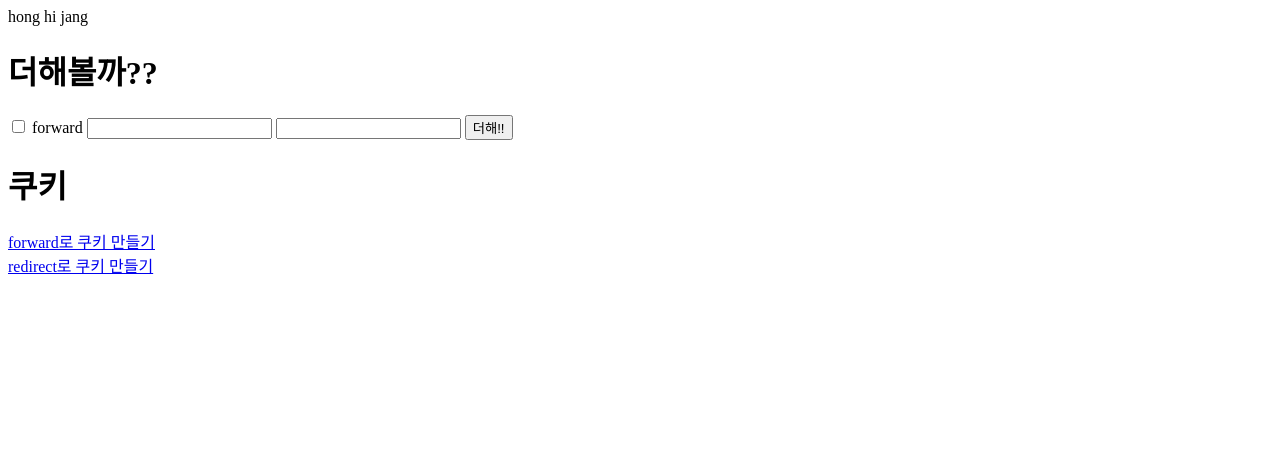
Repository: bgmun01/woorifisa_java
Page: http://localhost/web_day3/
These files come from the project's save history. The page is drawn as it stood at one moment and after the next save; the edit follows.
The browser window is 1280 px wide. The pictures show the whole page.
The page is served by Tomcat 9. Nobody is signed in. The application's start-up code is not run.

Above is the page before, as saved 2023-06-19 00:53:49.

After the next save:
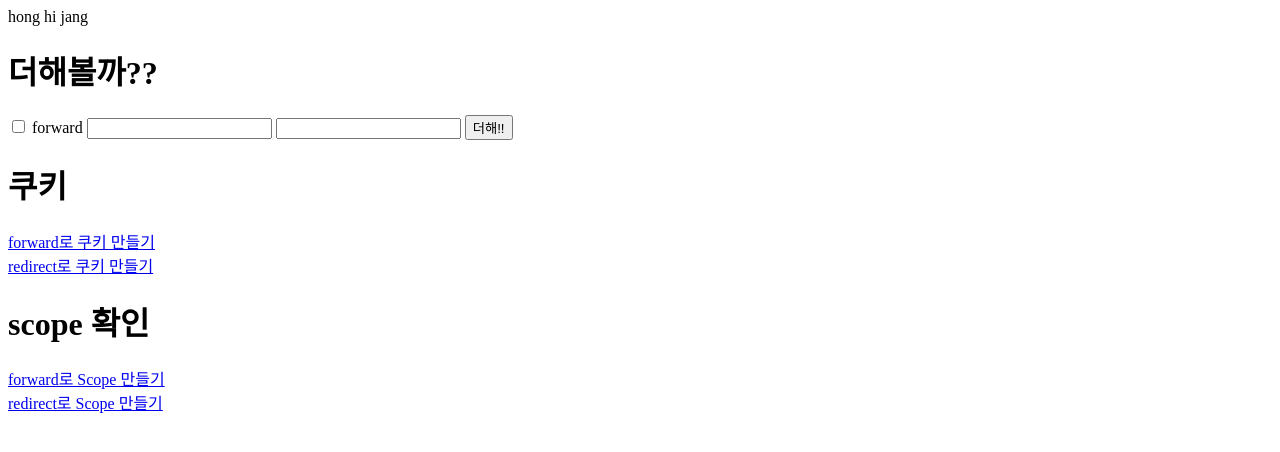
Saved 90 s later.
--- a/web_day3/src/main/webapp/index.jsp
+++ b/web_day3/src/main/webapp/index.jsp
@@ -38,5 +38,9 @@
 	<a href="/web_day3/CookieMaker?type=redirect?">redirect로 쿠키 만들기</a><br>
 
 
+	<h1>scope 확인</h1>
+	<a href="/web_day3/FirstServlet?type=forward">forward로 Scope 만들기</a><br>
+	<a href="/web_day3/FirstServlet?type=redirect?">redirect로 Scope 만들기</a><br>
+
 </body>
 </html>
